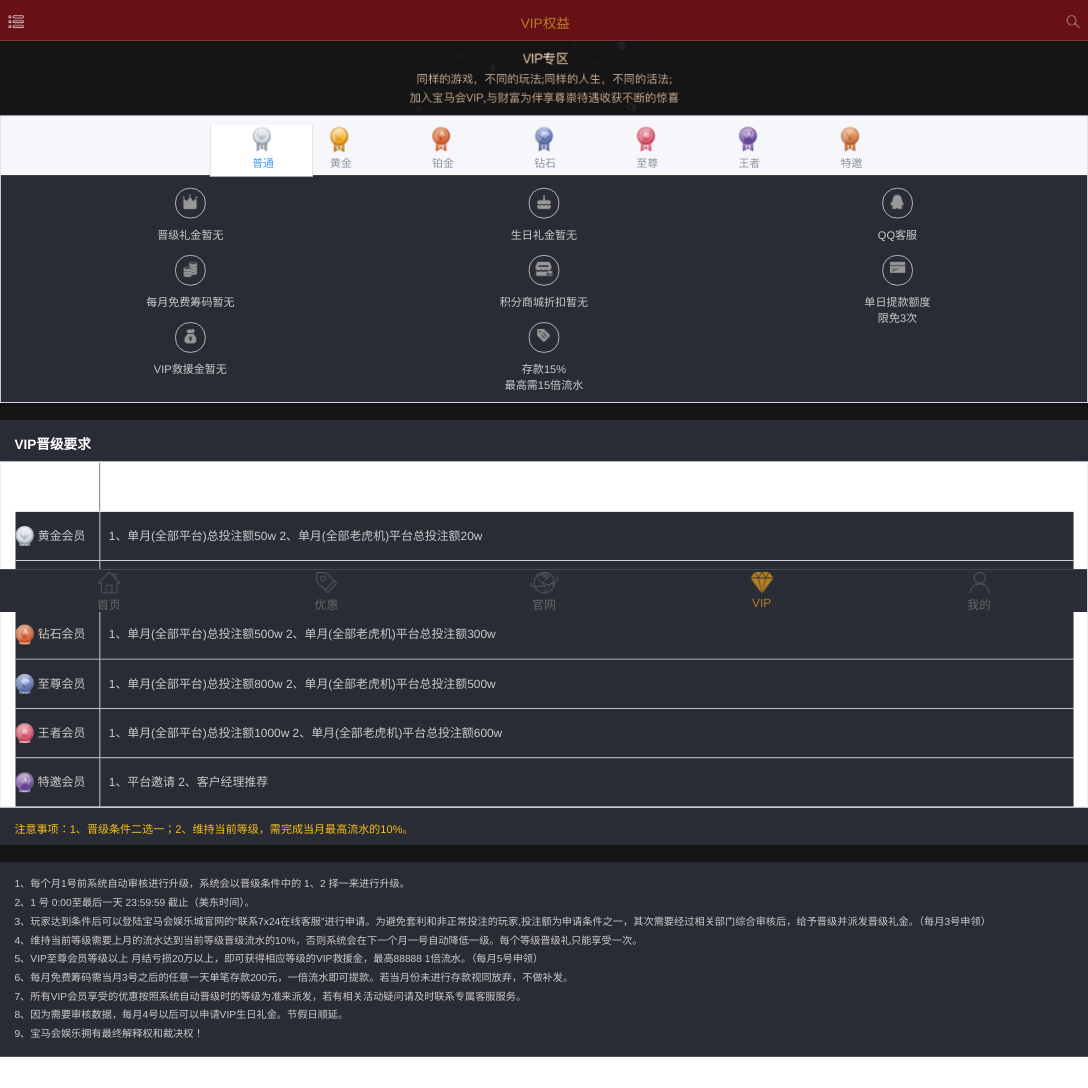
Repository: ada6688/IntegralMall
Page: /Vip
These files come from the project's save history. The page is drawn as it stood at one moment and after the next save; the edit follows.
The browser window is 1280 px wide. The pictures show the whole page, at 85% of full size.
The project was rebuilt for these pictures with package versions that can differ from the ones it lists, and the page was loaded fresh each time. Also part of the build but not shown: src/components/common/Topnav.vue, src/components/page/notice.vue, src/components/page/MainNav.vue, src/components/page/Member.vue, src/components/page/Youhui.vue, src/router/index.js.

Above is the page before, as saved 2020-01-02 20:01:11.

### index.html
<!DOCTYPE html>
<html>
  <head>
    <meta charset="utf-8">
    <meta name="viewport" content="width=device-width,initial-scale=1.0">
    <title>integralmall</title>
  </head>
  <body>
    <div id="app"></div>
    <!-- built files will be auto injected -->
  </body>
</html>

### src/assets/css/common.css
body,p,ul{
  margin: 0;
  padding: 0;
}
li{
  list-style: none;
}
/* 顶部栏 */
.top-nav{
  width: 100%;
  height: 3rem;
  line-height: 3.5rem;
  background-color: #671116;
  position: fixed;
  top: 0;
  z-index: 99;
}
.top-nav > div{
  display: inline-block;
  height: 100%;
}
.top-nav-left{
  float: left;
  margin-left: 10px;
}
.top-nav-right{
  float: right;
  margin-right: 10px;
}
.banner-item > img{
  width: 100%;
}
.swiper-container{
  height: 7.28rem;
}
.top-nav-t{
  color: #B58024;
}
.main-wrap{
  margin-top: 3rem;
  margin-bottom: 2.3rem;
  background: #151515;
}
/* 公告 */
.Notice-sign{
  width: 2rem;
  height: 100%;
  background: url('../images/topnav/lb.png') center no-repeat;
  float: left;
  box-shadow: 1px 0px 5px rgba(0,0,0,0.8);
}
.Notice-textBox {
  width: 100%;
  height: 1.3rem;
  line-height: 1.3rem;
  font-size: .5rem;
  color: #999999;
  background: #2A2D36;
  overflow: hidden;
  position: relative;
  text-align: left;
  z-index: 9;
}
.Notice-text {
  width: 100%;
  padding-left: 42px;
  position: absolute;
  bottom: 0;
}
.slide-enter-active, .slide-leave-active {
  transition: all 0.5s linear;
}
.slide-enter{
  transform: translateY(20px) scale(1);
  opacity: 1;
}
.slide-leave-to {
  transform: translateY(-20px) scale(0.8);
  opacity: 0;
}
/* 底部导航 */
.bottom-tab{
  width:100%;
  height:3.125rem;
  background-color:#2A2D36;
  border-top: 1px solid #656666;
  position: fixed;
  left:0px;
  bottom:0px;
}
.tab-item{
  width: 20%;
  float: left;
  align-items:center;
  justify-content:center;
  font-size:14px;
  color:#666;
  z-index: 999;
}
.NavSigh{
    width:33px;
    margin-top:3px;
}
.on{
  color:#b58023;
}

### src/assets/css/index.css
/****************** 首页商品 *****************/
.products-item{
  width: 45.9%;
  height: 100px;
  padding-right: 3.9%;
  border-right: 1px solid #161616;
  border-bottom: 1px solid #161616;
  background: #292C35;
  float: left;
}
.products-item-even{
  width: 45.9%;
  height: 100px;
  border-bottom: 1px solid #161616;
  background: #292C35;
  padding-left: 3.9%;
  float: left;
}
.product-item-text{
  width: 50%;
  height: 70px;
  color: #ffffff;
  margin-top: 15px;
  float: left;
  text-align: left;
}
.product-item-text p{
  height: 43px;
  font-size: 15px;
  margin-bottom: 5px;
  display: -webkit-box;/*作为弹性伸缩盒子模型显示*/
  -webkit-line-clamp: 2; /*显示的行数；如果要设置2行加...则设置为2*/
  overflow: hidden; /*超出的文本隐藏*/
  text-overflow: ellipsis; /* 溢出用省略号*/
  -webkit-box-orient: vertical;
}
.product-item-text span{
  color: #B58024;
  font-size: 13px;
}
.product-item-img{
  width: 50%;
  height: 100px;
  display: table-cell;
  vertical-align: middle;
  /* float: left; */
}
.product-item-img img{
  max-width: 100%;
}
/******************* VIP *******************/
.level-welfare-wrap, .level-require-wrap{
  padding-bottom: 20px;
}
.VipTop-level-sign{
  display: inline-block;
}
.VipTop-level-text{
  position: absolute;
  bottom: -5px;
}
.vip-level-wrap ul li{
  float: left;
  width: 33.33%;
  height: 79px;
}
.vip-level-wrap ul div{
  width: 34px;
  height: 34px;
  border: 1px solid #CCCCCC;
  border-radius: 17px;
  margin-bottom: 9px;
  display: inline-block;
  vertical-align: middle;
}
.vip-level-wrap ul img{
  margin-top: 7px;
}
.vip-level-wrap ul li>p{
  color: #CCCCCC;
  font-size: 13px;
}
.Vip-level-T{
  color: #ffffff;
  font-size: 16px;
  font-weight: bold;
  text-align: left;
  padding: 15px 0 10px 17px;
  background: #2A2C35;
}
.Vip-level-tips{
  color: #F5BF1B;
  font-size: 13px;
  text-align: left;
  padding: 15px 20px 10px 17px;
  background: #2A2C35;
}
.level-rules-wrap{
  color: #CCCCCC;
  font-size: 12px;
  background: #2A2C35;
  text-align: left;
  padding: 15px 17px 16px 17px;
}
.level-rules-wrap span{
  font-size: 16px;
  color: #ffffff;
}
.level-rules-wrap p{
  line-height: 22px;
  /* margin-top: 5px; */
}

### src/components/common/Bottomnav.vue
<template>
  <div>
    <div class="bottom-tab">
      <div class="tab-item" @click="switchTo('/shouye')">
        <img class="NavSigh" :src="'/shouye' === $route.path ? tabBarImgArr[0].selected : tabBarImgArr[0].normal" alt="首页">
        <p :class="{on: '/shouye' === $route.path}">首页</p>
      </div>
      <div class="tab-item" @click="switchTo('/Youhui')">
        <img class="NavSigh" :src="'/Youhui' === $route.path ? tabBarImgArr[1].selected : tabBarImgArr[1].normal" alt="推荐">
        <p :class="{on: '/Youhui' === $route.path}">优惠</p>
      </div>
      <div class="tab-item">
        <img class="NavSigh" :src="'/' === $route.path ? tabBarImgArr[2].selected : tabBarImgArr[2].normal" alt="搜索">
        <p :class="{on: '/' === $route.path}">官网</p>
      </div>
      <div class="tab-item" @click="switchTo('/Vip')">
        <img class="NavSigh" :src="'/Vip' === $route.path ? tabBarImgArr[3].selected : tabBarImgArr[3].normal" alt="聊天">
        <p :class="{on: '/Vip' === $route.path}">VIP</p>
      </div>
      <div class="tab-item" @click="switchTo('/Member')">
        <img class="NavSigh" :src="'/Member' === $route.path ? tabBarImgArr[4].selected : tabBarImgArr[4].normal" alt="我的">
        <p :class="{on: '/Member' === $route.path}">我的</p>
      </div>
    </div>
  </div>
</template>
<script>
export default {
  data () {
    return {
      tabBarImgArr: [
        {normal: require('../../assets/images/navLogo/sy_x.png'), selected: require('../../assets/images/navLogo/sy.png')},
        {normal: require('../../assets/images/navLogo/yh_x.png'), selected: require('../../assets/images/navLogo/yh.png')},
        {normal: require('../../assets/images/navLogo/gw_x.png'), selected: require('../../assets/images/navLogo/gw.png')},
        {normal: require('../../assets/images/navLogo/zs_x.png'), selected: require('../../assets/images/navLogo/zs.png')},
        {normal: require('../../assets/images/navLogo/wd_x.png'), selected: require('../../assets/images/navLogo/wd.png')}
      ]
    }
  },
  methods: {
    switchTo (path) {
      this.$router.replace(path)
    }
  }
}
</script>
<style>

</style>

### src/components/page/shouye.vue
<template>
  <div>
      <TopNav></TopNav>
      <div class="main-wrap shouye-contain">
        <!-- banner -->
        <swiper :options="swiperOption" ref="mySwiper">
          <!-- slides -->
          <swiper-slide>
            <div class="banner-item">
              <img src="../../assets/images/banner/banner2.png" alt="">
            </div>
          </swiper-slide>
          <swiper-slide>
            <div class="banner-item">
              <img src="../../assets/images/banner/banner2_2.png" alt="">
            </div>
          </swiper-slide>
          <swiper-slide>
            <div class="banner-item">
              <img src="../../assets/images/banner/banner2_3.png" alt="">
            </div>
          </swiper-slide>
          <!-- Optional controls -->
          <!-- <div class="swiper-pagination" slot="pagination"></div> -->
          <!-- <div class="swiper-scrollbar index-banner-circle" slot="scrollbar"></div> -->
        </swiper>
        <!-- 滚动公告 -->
        <Notice></Notice>
        <!-- 推荐分类栏 -->
        <div class="recommend-wrap">
          <el-row>
            <el-tabs type="border-card">
              <el-tab-pane label="推荐">
                <div class="products-item">
                  <div class="product-item-text">
                    <p>商品详情商品详情商品详情商品详情商品详</p>
                    <span>72000积分</span>
                  </div>
                  <div class="product-item-img">
                    <img src="../../assets/images/products/bsbb.png" alt="">
                  </div>
                </div>
                <div class="products-item-even">
                  <div class="product-item-text">
                    <p>商品详情商品详情商品详情商品详情商品详</p>
                    <span>72000积分</span>
                  </div>
                  <div class="product-item-img">
                    <img src="../../assets/images/products/kh.png" alt="">
                  </div>
                </div>
                <div class="products-item">
                  <div class="product-item-text">
                    <p>商品详情商品详情商品详情商品详情商品详</p>
                    <span>72000积分</span>
                  </div>
                  <div class="product-item-img">
                    <img src="../../assets/images/products/lsbb.png" alt="">
                  </div>
                </div>
                <div class="products-item-even">
                  <div class="product-item-text">
                    <p>商品详情商品详情商品详情商品详情商品详</p>
                    <span>72000积分</span>
                  </div>
                  <div class="product-item-img">
                    <img src="../../assets/images/products/sb.png" alt="">
                  </div>
                </div>
                <div class="products-item">
                  <div class="product-item-text">
                    <p>商品详情商品详情商品详情商品详情商品详</p>
                    <span>72000积分</span>
                  </div>
                  <div class="product-item-img">
                    <img src="../../assets/images/products/xs.png" alt="">
                  </div>
                </div>
                <div class="products-item-even">
                  <div class="product-item-text">
                    <p>商品详情商品详情商品详情商品详情商品详</p>
                    <span>72000积分</span>
                  </div>
                  <div class="product-item-img">
                    <img src="../../assets/images/products/xsfs.png" alt="">
                  </div>
                </div>
                <div class="products-item">
                  <div class="product-item-text">
                    <p>商品详情商品详情商品详情商品详情商品详</p>
                    <span>72000积分</span>
                  </div>
                  <div class="product-item-img">
                    <img src="../../assets/images/products/yx.png" alt="">
                  </div>
                </div>
                <div class="products-item-even">
                  <div class="product-item-text">
                    <p>商品详情商品详情商品详情商品详情商品详</p>
                    <span>72000积分</span>
                  </div>
                  <div class="product-item-img">
                    <img src="../../assets/images/products/hw.png" alt="">
                  </div>
                </div>
              </el-tab-pane>
              <el-tab-pane label="数码">数码</el-tab-pane>
              <el-tab-pane label="奖金">奖金</el-tab-pane>
              <el-tab-pane label="生活精品">生活精品</el-tab-pane>
              <el-tab-pane label="奢华品">奢华品</el-tab-pane>
            </el-tabs>
          </el-row>
        </div>
      </div>
      <BottomNav></BottomNav>
  </div>
</template>
<script>
// 引用组件
import BottomNav from '@/components/common/Bottomnav'
import TopNav from '@/components/common/Topnav'
import Notice from '@/components/page/Notice'
import {swiper, swiperSlide} from 'vue-awesome-swiper'

export default {
  name: 'App',
  components: {
    BottomNav,
    TopNav,
    swiper,
    swiperSlide,
    Notice
  },
  data () {
    return {
      swiperOption: {
        scrollbar: {
          el: '.swiper-scrollbar'
        },
        slidesPerView: 1,
        autoplay: {
          delay: 5000,
          disableOnInteraction: false
        },
        loop: true
      }
    }
  }
}
</script>
<style>
.swiper-container{
  height: 100%;
  margin-bottom: -4px;
}
.el-tabs__nav-wrap{
  width: 100%
}
/* .el-tabs__item{
  padding: 0 5.26%;
} */
.el-tabs--border-card{
  border: 0;
}
.el-tabs--border-card>.el-tabs__header .el-tabs__item{
  border: 0
}
.el-tabs--border-card>.el-tabs__header{
  padding: 10px 15px 0;
  background: #151515
}
.el-tabs--border-card>.el-tabs__header .el-tabs__item:not(.is-disabled):hover{
  color: #ffffff;
}
.el-tabs--border-card>.el-tabs__header .el-tabs__item.is-active{
  height: 39px;
  color: #ffffff;
  background: #292C35;
}
.el-tabs--border-card>.el-tabs__header .el-tabs__item{
  color: #666666;
}
.el-tabs__nav-wrap.is-scrollable{
  padding: 0 20px;
  box-sizing: border-box;
}
.el-tabs--border-card{
  box-shadow: 0 0 0 0 rgb(0, 0, 0, 0)
}
.el-tabs--border-card>.el-tabs__content {
  margin-top: -2px;
  background: #292C35;
}

</style>

### src/components/page/Vip.vue
<template>
  <div>
    <TopnavC></TopnavC>
    <div class="main-wrap VIP-contain">
      <div>
        <img src="../../assets/images/VIP/VIP-T.png" alt="">
      </div>
      <div class="level-welfare-wrap">
        <el-row>
          <el-tabs type="border-card">
            <el-tab-pane label="普通">
              <span slot="label"><img class="VipTop-level-sign" src="../../assets/images/VIP/pt.png" alt=""> <p class="VipTop-level-text">普通</p></span>
              <div class="vip-level-wrap">
                <ul>
                  <li>
                    <div>
                      <img src="../../assets/images/VIP/hg.png" alt="">
                    </div>
                    <p>晋级礼金暂无</p>
                  </li>
                  <li>
                    <div>
                      <img src="../../assets/images/VIP/dg.png" alt="">
                    </div>
                    <p>生日礼金暂无</p>
                  </li>
                  <li>
                    <div>
                      <img src="../../assets/images/VIP/QQ.png" alt="">
                    </div>
                    <p>QQ客服</p>
                  </li>
                </ul>
                <ul>
                  <li>
                    <div>
                      <img src="../../assets/images/VIP/jb.png" alt="">
                    </div>
                    <p>每月免费筹码暂无</p>
                  </li>
                  <li>
                    <div>
                      <img src="../../assets/images/VIP/sc.png" alt="">
                    </div>
                    <p>积分商城折扣暂无</p>
                  </li>
                  <li>
                    <div>
                      <img src="../../assets/images/VIP/yhk.png" alt="">
                    </div>
                    <p>单日提款额度<br>限免3次</p>
                  </li>
                </ul>
                <ul>
                  <li>
                    <div>
                      <img src="../../assets/images/VIP/qd.png" alt="">
                    </div>
                    <p>VIP救援金暂无</p>
                  </li>
                  <li>
                    <div>
                      <img src="../../assets/images/VIP/yhbq.png" alt="">
                    </div>
                    <p>存款15%<br>最高需15倍流水</p>
                  </li>
                </ul>
              </div>
            </el-tab-pane>
            <el-tab-pane label="黄金">
              <span slot="label"><img class="VipTop-level-sign" src="../../assets/images/VIP/hj.png" alt=""> <p class="VipTop-level-text">黄金</p></span>
            </el-tab-pane>
            <el-tab-pane label="铂金">
              <span slot="label"><img class="VipTop-level-sign" src="../../assets/images/VIP/bj.png" alt=""> <p class="VipTop-level-text">铂金</p></span>
            </el-tab-pane>
            <el-tab-pane label="钻石">
              <span slot="label"><img class="VipTop-level-sign" src="../../assets/images/VIP/zs.png" alt=""> <p class="VipTop-level-text">钻石</p></span>
            </el-tab-pane>
            <el-tab-pane label="至尊">
              <span slot="label"><img class="VipTop-level-sign" src="../../assets/images/VIP/zz.png" alt=""> <p class="VipTop-level-text">至尊</p></span>
            </el-tab-pane>
            <el-tab-pane label="王者">
              <span slot="label"><img class="VipTop-level-sign" src="../../assets/images/VIP/wz.png" alt=""> <p class="VipTop-level-text">王者</p></span>
            </el-tab-pane>
            <el-tab-pane label="特邀">
              <span slot="label"><img class="VipTop-level-sign" src="../../assets/images/VIP/ty.png" alt=""> <p class="VipTop-level-text">特邀</p></span>
            </el-tab-pane>
          </el-tabs>
        </el-row>
      </div>
      <div class="level-require-wrap">
        <p class="Vip-level-T">VIP晋级要求</p>
        <el-table
          :data="tableData"
          border
          style="width: 100%">
          <el-table-column
            prop="level"
            label="会员等级"
            width="100%">
            <!-- <template scope="scope">
              <img v-for="item in scope.row.pictures" :key="item" :src="item" width="40" height="40" class="head_pic"/>
            </template> -->
          </el-table-column>
          <el-table-column
            prop="detail"
            label="晋级条件">
          </el-table-column>
        </el-table>
        <p class="Vip-level-tips">注意事项：1、晋级条件二选一；2、维持当前等级，需完成当月最高流水的10%。</p>
      </div>
      <div class="level-rules-wrap">
        <p>1、每个月1号前系统自动审核进行升级，系统会以晋级条件中的 1、2 择一来进行升级。</p>
        <p>2、1 号 0:00至最后一天 23:59:59 截止（美东时间）。</p>
        <p>3、玩家达到条件后可以登陆宝马会娱乐城官网的“联系7x24在线客服”进行申请。为避免套利和非正常投注的玩家,投注额为申请条件之一，其次需要经过相关部门综合审核后，给予晋级并派发晋级礼金。（每月3号申领）</p>
        <p>4、维持当前等级需要上月的流水达到当前等级晋级流水的10%，否则系统会在下一个月一号自动降低一级。每个等级晋级礼只能享受一次。</p>
        <p>5、VIP至尊会员等级以上 月结亏损20万以上，即可获得相应等级的VIP救援金，最高88888 1倍流水。（每月5号申领）</p>
        <p>6、每月免费筹码需当月3号之后的任意一天单笔存款200元，一倍流水即可提款。若当月份未进行存款视同放弃，不做补发。</p>
        <p>7、所有VIP会员享受的优惠按照系统自动晋级时的等级为准来派发，若有相关活动疑问请及时联系专属客服服务。</p>
        <p>8、因为需要审核数据，每月4号以后可以申请VIP生日礼金。节假日顺延。</p>
        <p>9、宝马会娱乐拥有最终解释权和裁决权！</p>
      </div>
    </div>
    <Bottomnav></Bottomnav>
  </div>
</template>
<script>
import TopnavC from '@/components/common/Topnav-c'
import Bottomnav from '@/components/common/Bottomnav'

export default {
  name: 'App',
  components: {
    TopnavC,
    Bottomnav
  },
  data () {
    return {
      tableData: [{
        level: '黄金会员',
        detail: '1、单月(全部平台)总投注额50w' + '\n' + '2、单月(全部老虎机)平台总投注额20w'
      }, {
        level: '铂金会员',
        detail: '1、单月(全部平台)总投注额200w' + '\n' + '2、单月(全部老虎机)平台总投注额120w'
      }, {
        level: '钻石会员',
        detail: '1、单月(全部平台)总投注额500w' + '\n' + '2、单月(全部老虎机)平台总投注额300w'
      }, {
        level: '至尊会员',
        detail: '1、单月(全部平台)总投注额800w' + '\n' + '2、单月(全部老虎机)平台总投注额500w'
      }, {
        level: '王者会员',
        detail: '1、单月(全部平台)总投注额1000w' + '\n' + '2、单月(全部老虎机)平台总投注额600w'
      }, {
        level: '特邀会员',
        detail: '1、平台邀请' + '\n' + '2、客户经理推荐'
      }],
      row: [{
        picture: '../../assets/images/VIP/pt.png'
      }]
    }
  }
}
</script>
<style>
.el-table .cell {
  white-space: pre-line;
}
.el-table{
  padding: 0 17px 0 17px
}
.el-table td, .el-table th.is-leaf,.el-table--border, .el-table--group{
  border-color: #343947;
  background: #292C35;
  color: #cccccc
}
.el-table td, .el-table th{
  height: 58px;
  padding: 0
}
.el-table th{
  font-weight: normal;
  text-align: center;
  color: #ffffff !important;
}
.el-table td:first-child{
  text-align: center
}
.el-table::before{
  background: transparent
}
.el-table--enable-row-hover .el-table__body tr:hover>td{
  background: #292C35
}
.el-table--border tr:first-child td:first-child .cell{
  padding-left: 20px;
  background: url(../../assets/images/VIP/pt.png) no-repeat;
}
.el-table--border tr:nth-child(2) td:first-child .cell{
  padding-left: 20px;
  background: url(../../assets/images/VIP/hj.png) no-repeat;
}
.el-table--border tr:nth-child(3) td:first-child .cell{
  padding-left: 20px;
  background: url(../../assets/images/VIP/bj.png) no-repeat;
}
.el-table--border tr:nth-child(4) td:first-child .cell{
  padding-left: 20px;
  background: url(../../assets/images/VIP/zs.png) no-repeat;
}
.el-table--border tr:nth-child(5) td:first-child .cell{
  padding-left: 20px;
  background: url(../../assets/images/VIP/zz.png) no-repeat;
}
.el-table--border tr:nth-child(6) td:first-child .cell{
  padding-left: 20px;
  background: url(../../assets/images/VIP/wz.png) no-repeat;
}
.el-table--border tr:nth-child(7) td:first-child .cell{
  padding-left: 20px;
  background: url(../../assets/images/VIP/ty.png) no-repeat;
}
.el-tabs__nav,.el-tabs__nav-wrap{
  width: 100%
}

.el-tabs--border-card{
  border: 0;
}
.el-tabs--border-card>.el-tabs__header .el-tabs__item{
  border: 0;
  font-size: .8rem;
}
.el-tabs--border-card>.el-tabs__header{
  padding: 10px 3.65% 0;
  background: #151515
}
.el-tabs--border-card>.el-tabs__header .el-tabs__item:not(.is-disabled):hover{
  color: #ffffff;
}
.el-tabs--border-card>.el-tabs__header .el-tabs__item.is-active{
  height: 39px;
  color: #ffffff;
  background: #292C35;
}
.el-tabs--border-card>.el-tabs__header .el-tabs__item{
  color: #666666;
}
.el-tabs__nav-wrap.is-scrollable{
  padding: 0 20px;
  box-sizing: border-box;
}
.el-tabs--border-card{
  box-shadow: 0 0 0 0 rgb(0, 0, 0, 0)
}
.el-tabs--border-card>.el-tabs__content {
  margin-top: -2px;
  background: #292C35;
}
.el-tabs--border-card>.el-tabs__header .el-tabs__item,.el-tabs--top.el-tabs--border-card>.el-tabs__header .el-tabs__item:nth-child(2),.el-tabs--top.el-tabs--border-card>.el-tabs__header .el-tabs__item:last-child{
  padding: 2px 4.1% 0;
  height: 62px;
  vertical-align: bottom;
}
@media screen and (max-width: 360px) {
  .el-tabs--border-card>.el-tabs__header .el-tabs__item,.el-tabs--top.el-tabs--border-card>.el-tabs__header .el-tabs__item:nth-child(2),.el-tabs--top.el-tabs--border-card>.el-tabs__header .el-tabs__item:last-child{
  padding: 2px 3.5% 0;
  height: 62px;
  vertical-align: bottom;
}
}
.el-tabs--border-card>.el-tabs__header .el-tabs__item.is-active{
  height: 62px;
}
</style>

### src/components/common/Topnav-c.vue
<template>
  <div>
    <div class="top-nav">
      <div class="top-nav-left">
        <img src="../../assets/images/topnav/cd.png" alt="菜单">
      </div>
      <div class="top-nav-t">
        <p>VIP权益</p>
      </div>
      <div class="top-nav-right">
        <img src="../../assets/images/topnav/ss.png" alt="搜索">
      </div>
    </div>
  </div>
</template>
<script>
export default {
  data () {
    return {
      tabBarImgArr: [
        {normal: require('../../assets/images/topnav/logo.png')},
        {normal: require('../../assets/images/topnav/ss.png')},
        {normal: require('../../assets/images/topnav/cd.png')}
      ]
    }
  }
}
</script>
<style>

</style>

Loaded but not shown: src/App.vue (common file); src/main.js (38 lines, source omitted)

After the next save:
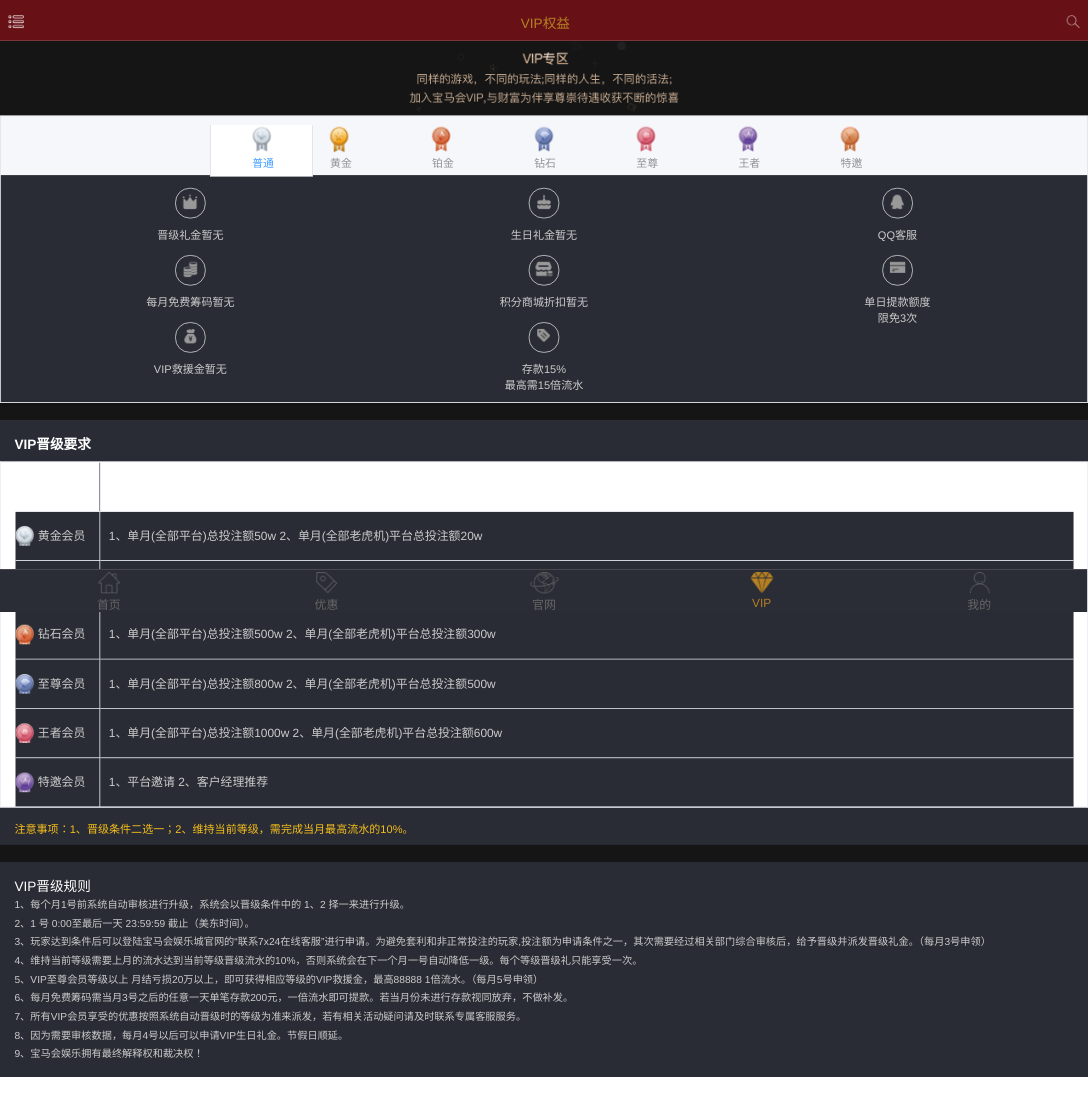
Saved 7 s later.
--- a/src/components/page/Vip.vue
+++ b/src/components/page/Vip.vue
@@ -110,6 +110,7 @@
         <p class="Vip-level-tips">注意事项：1、晋级条件二选一；2、维持当前等级，需完成当月最高流水的10%。</p>
       </div>
       <div class="level-rules-wrap">
+        <span>VIP晋级规则</span>
         <p>1、每个月1号前系统自动审核进行升级，系统会以晋级条件中的 1、2 择一来进行升级。</p>
         <p>2、1 号 0:00至最后一天 23:59:59 截止（美东时间）。</p>
         <p>3、玩家达到条件后可以登陆宝马会娱乐城官网的“联系7x24在线客服”进行申请。为避免套利和非正常投注的玩家,投注额为申请条件之一，其次需要经过相关部门综合审核后，给予晋级并派发晋级礼金。（每月3号申领）</p>
